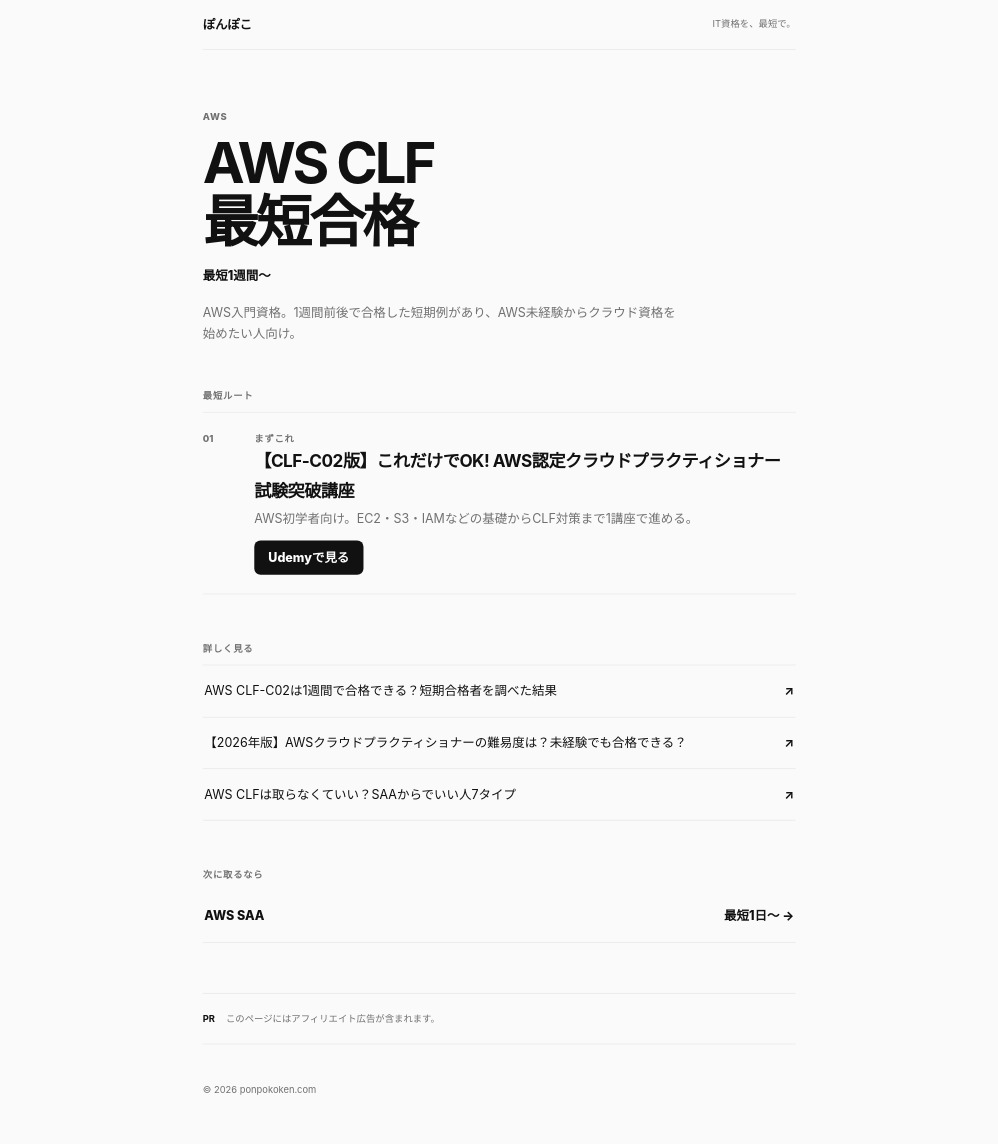
Repository: YUI012/ponpokoken
Page: /aws-clf
An editor plug-in stored every save of this project. The page is shown before and after the next save, followed by the edit.
The browser window is 1280 px wide. The pictures show the whole page, at 78% of full size.
The project was rebuilt for these pictures with package versions that can differ from the ones it lists, and the page was loaded fresh each time. The framework's server and built-in components were replaced by stand-ins that run in the browser. Also part of the build but not shown: components/CareerAd.js.

Above is the page before, as saved 2026-09-03 23:05:53.

### app/layout.js
import "./globals.css";

export const metadata = {
  title: "ぽんぽこ｜IT資格を最短で",
  description: "IT資格ごとの最短合格ルート、教材、問題演習、検証記事をまとめた資格ナビ"
};

export default function RootLayout({ children }) {
  return (
    <html lang="ja">
      <body>{children}</body>
    </html>
  );
}

### app/[slug]/page.js
import { notFound } from "next/navigation";
import Header from "../../components/Header";
import ProductButton from "../../components/ProductButton";
import CareerAd from "../../components/CareerAd";
import { certBySlug, certifications } from "../../data/certifications";
import { products } from "../../data/products";
import { articles } from "../../data/articles";

export function generateStaticParams() {
  return certifications.filter((cert) => cert.enabled).map((cert) => ({ slug: cert.slug }));
}

export default async function CertificationPage({ params }) {
  const { slug } = await params;
  const cert = certBySlug[slug];
  if (!cert || !cert.enabled) return notFound();

  return (
    <main>
      <Header />
      <section className="hero compact shell">
        <p className="overline">{cert.category}</p>
        <h1>{cert.name}<br />最短合格</h1>
        <p className="shortest">{cert.shortest}</p>
        <p className="heroText">{cert.summary}</p>
      </section>

      <section className="shell routeSection">
        <p className="sectionTitle">最短ルート</p>
        <div className="steps">
          {cert.steps.length === 0 && (
            <div className="empty">教材・詳細を追加するだけで、このページに自動表示されます。</div>
          )}
          {cert.steps.map((step, index) => {
            if (step.type === "product") {
              const product = products[step.productId];
              return (
                <article className="step" key={`${step.productId}-${index}`}>
                  <span className="stepNo">{String(index + 1).padStart(2, "0")}</span>
                  <div>
                    <p className="label">{step.title}</p>
                    <h2>{product?.name}</h2>
                    <p>{product?.reason}</p>
                    <ProductButton product={product} />
                  </div>
                </article>
              );
            }

            return (
              <article className="step" key={`${step.name}-${index}`}>
                <span className="stepNo">{String(index + 1).padStart(2, "0")}</span>
                <div>
                  <p className="label">{step.title}</p>
                  <h2>{step.name}</h2>
                  <p>{step.description}</p>
                </div>
              </article>
            );
          })}
        </div>
      </section>

      {cert.articleIds.length > 0 && (
        <section className="shell detailSection">
          <p className="sectionTitle">詳しく見る</p>
          <div className="articleList">
            {cert.articleIds.map((id) => {
              const article = articles[id];
              if (!article) return null;
              return (
                <a href={article.url} className="articleRow" target="_blank" rel="noreferrer" key={id}>
                  <span>{article.title}</span><b>↗</b>
                </a>
              );
            })}
          </div>
        </section>
      )}

      {cert.nextCerts.length > 0 && (
        <section className="shell nextSection">
          <p className="sectionTitle">次に取るなら</p>
          {cert.nextCerts.map((nextSlug) => {
            const next = certBySlug[nextSlug];
            if (!next) return null;
            return (
              <a className="nextRow" href={`/${next.slug}`} key={next.slug}>
                <span>{next.name}</span><span>{next.shortest} →</span>
              </a>
            );
          })}
        </section>
      )}

      {cert.showCareerAd && <div className="shell"><CareerAd /></div>}

      <section className="shell disclosure">
        <strong>PR</strong>
        <p>このページにはアフィリエイト広告が含まれます。</p>
      </section>

      <footer className="footer shell">© 2026 ponpokoken.com</footer>
    </main>
  );
}

### app/globals.css
:root {
  --bg: #fafafa;
  --text: #111;
  --muted: #717171;
  --line: #e8e8e8;
  --surface: #fff;
}

* { box-sizing: border-box; }
html { scroll-behavior: smooth; }
body {
  margin: 0;
  background: var(--bg);
  color: var(--text);
  font-family: -apple-system, BlinkMacSystemFont, "Segoe UI", "Noto Sans JP", sans-serif;
  line-height: 1.7;
}
a { color: inherit; text-decoration: none; }
.shell { width: min(760px, calc(100% - 28px)); margin: 0 auto; }
.header {
  width: min(760px, calc(100% - 28px));
  margin: 0 auto;
  display: flex;
  justify-content: space-between;
  align-items: center;
  padding: 18px 0;
  border-bottom: 1px solid var(--line);
}
.brand { font-weight: 800; letter-spacing: -0.02em; }
.tagline { color: var(--muted); font-size: 12px; }
.hero { padding: 76px 0 42px; }
.hero.compact { padding-bottom: 26px; }
.overline, .label, .sectionTitle {
  margin: 0 0 10px;
  font-size: 12px;
  font-weight: 800;
  letter-spacing: .08em;
  color: var(--muted);
}
h1 {
  margin: 0;
  font-size: clamp(44px, 10vw, 72px);
  line-height: 1.05;
  letter-spacing: -0.055em;
}
h2 { margin: 0 0 4px; font-size: 22px; letter-spacing: -0.03em; }
p { margin-top: 0; }
.heroText { max-width: 620px; margin: 20px 0 0; color: var(--muted); }
.shortest { display: inline-block; margin: 18px 0 0; font-weight: 800; }
.back { display: inline-block; margin-bottom: 28px; color: var(--muted); font-size: 13px; }
.listSection, .routeSection, .detailSection, .nextSection { padding: 30px 0; }
.certList { border-top: 1px solid var(--line); }
.certRow, .articleRow, .nextRow {
  display: flex;
  justify-content: space-between;
  align-items: center;
  gap: 20px;
  padding: 19px 2px;
  border-bottom: 1px solid var(--line);
  background: transparent;
}
.certRow strong { display: block; font-size: 20px; }
.certRow div > span { display: block; font-size: 12px; color: var(--muted); }
.rightMeta { display: flex; align-items: center; gap: 18px; text-align: right; }
.rightMeta span { color: var(--text) !important; font-size: 13px !important; font-weight: 700; }
.noteBlock, .careerAd, .disclosure {
  margin-top: 34px;
  padding: 22px 0;
  border-top: 1px solid var(--line);
  border-bottom: 1px solid var(--line);
}
.noteBlock p:last-child, .disclosure p { color: var(--muted); margin-bottom: 0; }
.steps { border-top: 1px solid var(--line); }
.step {
  display: grid;
  grid-template-columns: 48px 1fr;
  gap: 18px;
  padding: 24px 0;
  border-bottom: 1px solid var(--line);
}
.stepNo { font-size: 12px; font-weight: 800; color: var(--muted); }
.step p { color: var(--muted); margin-bottom: 0; }
.buyButton {
  display: inline-flex;
  margin-top: 14px;
  min-height: 44px;
  align-items: center;
  justify-content: center;
  padding: 0 18px;
  background: #111;
  color: #fff;
  border-radius: 8px;
  font-weight: 800;
}
.articleList { border-top: 1px solid var(--line); }
.articleRow span { max-width: 90%; }
.nextRow { font-weight: 800; }
.adSlot {
  display: grid;
  gap: 4px;
  margin-top: 14px;
  min-height: 96px;
  place-content: center;
  text-align: center;
  border: 1px dashed #bbb;
  color: var(--muted);
  padding: 18px;
}
.adSlot strong { color: var(--text); }
.empty { padding: 24px 0; color: var(--muted); border-bottom: 1px solid var(--line); }
.disclosure { display: flex; gap: 14px; font-size: 12px; }
.disclosure strong { flex: 0 0 auto; }
.footer { padding: 48px 0 60px; color: var(--muted); font-size: 12px; }

@media (max-width: 640px) {
  .header { padding: 15px 0; }
  .hero { padding: 52px 0 28px; }
  h1 { font-size: 48px; }
  .tagline { display: none; }
  .certRow { align-items: flex-start; }
  .rightMeta { gap: 10px; }
  .step { grid-template-columns: 34px 1fr; gap: 10px; }
  .buyButton { width: 100%; }
}

### components/Header.js
export default function Header() {
  return (
    <header className="header">
      <a className="brand" href="/">ぽんぽこ</a>
      <span className="tagline">IT資格を、最短で。</span>
    </header>
  );
}

### components/ProductButton.js
export default function ProductButton({ product }) {
  if (!product) return null;
  return (
    <a className="buyButton" href={product.url} rel="sponsored nofollow">
      {product.label}
    </a>
  );
}

### data/certifications.js
export const certifications = [
  {
    slug: "lpic",
    name: "LPIC-1",
    category: "Linux",
    shortest: "最短2週間〜",

    summary:
      "LPIC-1は101・102の2試験。短期合格例では約2週間で両方取得したケースがあります。",

    steps: [
      {
        type: "product",
        productId: "lpic101-udemy",
        title: "まず101"
      },
    ],

    articleIds: [
      "lpic-2weeks",
      "lpic-vs-ccna",
      "lpic-vs-saa"
    ],

    nextCerts: ["ccna", "aws-saa"],

    showCareerAd: true,
    enabled: true
  },

  {
    slug: "ccna",
    name: "CCNA",
    category: "Network",
    shortest: "最短10日〜",

    summary:
      "CCNAは10日で合格した短期例あり。基礎を一気に学び、問題演習とシミュレーション対策で仕上げる。",

    steps: [
      {
        type: "product",
        productId: "ccna-udemy",
        title: "まずこれ"
      }
    ],

    articleIds: [
      "ccna-10days",
      "ccna-udemy",
      "ccna-simulation"
    ],

    nextCerts: ["aws-saa"],

    showCareerAd: true,
    enabled: true
  },

  {
    slug: "aws-clf",
    name: "AWS CLF",
    category: "AWS",
    shortest: "最短1週間〜",

    summary:
      "AWS入門資格。1週間前後で合格した短期例があり、AWS未経験からクラウド資格を始めたい人向け。",

    steps: [
      {
        type: "product",
        productId: "clf-udemy",
        title: "まずこれ"
      }
    ],

    articleIds: [
      "aws-clf-1week",
      "aws-clf-difficulty",
      "aws-clf-skip"
    ],

    nextCerts: ["aws-saa"],

    showCareerAd: false,
    enabled: true
  },

  {
    slug: "aws-saa",
    name: "AWS SAA",
    category: "AWS",
    shortest: "最短1日〜",

    summary:
      "AWS経験者では1日から数日で合格した短期例あり。基礎理解後は模擬試験を中心に仕上げる。",

    steps: [
      {
        type: "product",
        productId: "saa-udemy",
        title: "まずこれ"
      }
    ],

    articleIds: [
      "aws-saa-1day",
      "aws-saa-udemy",
      "aws-saa-mock-score"
    ],

    nextCerts: ["aws-ai"],

    showCareerAd: true,
    enabled: true
  },

  {
    slug: "aws-ai",
    name: "AWS AI Practitioner",
    category: "AWS / AI",
    shortest: "最短10時間〜",

    summary:
      "AWSのAI入門資格。短期合格例では10時間前後。Udemyと模擬試験を使って効率よく仕上げる。",

    steps: [
      {
        type: "product",
        productId: "aws-ai-udemy",
        title: "まずこれ"
      }
    ],

    articleIds: [
      "aws-ai-10hours",
      "aws-ai-udemy-shortest",
      "aws-ai-mock-score"
    ],

    nextCerts: ["aws-saa"],

    showCareerAd: false,
    enabled: true
  },

  {
    slug: "ai-900",
    name: "AI-900",
    category: "Azure / AI",
    shortest: "最短10時間〜",

    summary:
      "MicrosoftのAI入門資格。AI・機械学習の基礎を短時間で理解して資格取得したい人向け。",

    steps: [
      {
        type: "product",
        productId: "ai900-udemy",
        title: "まずこれ"
      }
    ],

    articleIds: [
      "ai900-10hours",
      "ai900-related-az900",
      "ai900-related-sc900"
    ],

    nextCerts: ["az-900", "sc-900"],

    showCareerAd: false,
    enabled: true
  },

  {
    slug: "az-900",
    name: "AZ-900",
    category: "Azure",
    shortest: "最短3時間〜",

    summary:
      "Azure入門資格。IT・クラウド経験者では3時間まで圧縮した短期合格例があります。",

    steps: [
      {
        type: "product",
        productId: "az900-udemy",
        title: "まずこれ"
      }
    ],

    articleIds: [
      "az900-3hours",
      "az900-udemy",
      "az900-related-sc900"
    ],

    nextCerts: ["ai-900", "sc-900"],

    showCareerAd: false,
    enabled: true
  },

  {
    slug: "sc-900",
    name: "SC-900",
    category: "Security",
    shortest: "最短3時間〜",

    summary:
      "Microsoftのセキュリティ入門資格。基礎知識がある人なら短時間での取得も狙いやすい。",

    steps: [
      {
        type: "product",
        productId: "sc900-udemy",
        title: "まずこれ"
      }
    ],

    articleIds: [
      "sc900-3hours",
      "sc900-related-az900",
      "sc900-related-ai900"
    ],

    nextCerts: ["az-900"],

    showCareerAd: false,
    enabled: true
  },

  {
    slug: "generative-ai-passport",
    name: "生成AIパスポート",
    category: "AI",
    shortest: "最短20時間〜",

    summary:
      "生成AIの基礎・活用・リスクを学ぶ入門資格。20時間前後で合格した短期例を参考に進める。",

    steps: [
      {
        type: "product",
        productId: "generative-ai-passport-udemy",
        title: "まずこれ"
      }
    ],

    articleIds: [
      "generative-ai-passport-20hours",
      "generative-ai-passport-udemy",
      "generative-ai-passport-chatgpt"
    ],

    nextCerts: ["aws-ai", "ai-900"],

    showCareerAd: false,
    enabled: true
  },

  {
    slug: "linuc-level1",
    name: "LinuC Level1",
    category: "Linux",
    shortest: "最短1〜2週間〜",

    summary:
      "LinuC Level1は101・102の2試験。1つの教材で両試験をまとめて進めたい人向け。",

    steps: [
      {
        type: "product",
        productId: "linuc-udemy",
        title: "101・102をまとめて"
      }
    ],

    articleIds: [
      "linuc-udemy",
      "lpic-vs-linuc",
      "lpic-2weeks"
    ],

    nextCerts: ["lpic", "aws-saa"],

    showCareerAd: false,
    enabled: true
  }
];

export const certBySlug = Object.fromEntries(
  certifications.map((cert) => [cert.slug, cert])
);

### data/products.js
export const products = {
  "lpic101-udemy": {
    name: "【LPIC1】Level1 (101-500/102-500)模擬試験問題集",
    type: "udemy",
    url: "https://www.udemy.com/course/lpic1level1-101-500102-500/",
    label: "Udemyで見る",
    reason: "101・102対応の740問。101合格後は102の模擬試験を中心に回して仕上げる。"
  },

  "saa-udemy": {
    name: "【SAA-C03版】AWS認定ソリューションアーキテクト アソシエイト模擬試験問題集（6回分390問）",
    type: "udemy",
    url: "https://www.udemy.com/course/aws-knan/",
    label: "Udemyで見る",
    reason: "395問・模擬試験6回。AWSの基礎がある人が最短でSAA合格を狙う仕上げ用。"
  },

  "ccna-udemy": {
    name: "【ウズカレ式】『CCNA最短合格講義』の著者直伝！1週間でネットワークの基本知識が全て学べる講座",
    type: "udemy",
    url: "https://www.udemy.com/course/ccna-full/",
    label: "Udemyで見る",
    reason: "ネットワーク初心者向け。CCNAの試験範囲を基礎から1講座でまとめて学ぶ。"
  },

  "az900-udemy": {
    name: "最短で合格！Azure Fundamentals AZ-900 試験対策問題集",
    type: "udemy",
    url: "https://www.udemy.com/course/microsoft-azure-az900-exam/",
    label: "Udemyで見る",
    reason: "350問・模擬試験5回。Azureの基礎を押さえた後、問題演習中心で短期合格を狙う。"
  },

  "linuc-udemy": {
    name: "【ウズカレ式】『LinuC最短合格講義』の著者直伝！1週間でLPIC・LinuC（101+102）の全てを学べる講座",
    type: "udemy",
    url: "https://www.udemy.com/course/linuc-lv1/",
    label: "Udemyで見る",
    reason: "101・102を1講座でまとめて学習。LinuC Level1を短期間で一気に進めたい人向け。"
  },

  "clf-udemy": {
    name: "【CLF-C02版】これだけでOK! AWS認定クラウドプラクティショナー試験突破講座",
    type: "udemy",
    url: "https://www.udemy.com/course/ok-aws-e/",
    label: "Udemyで見る",
    reason: "AWS初学者向け。EC2・S3・IAMなどの基礎からCLF対策まで1講座で進める。"
  }
};

### data/articles.js
export const articles = {
  // =========================
  // LPIC-1
  // =========================

  "lpic-2weeks": {
    title: "LPIC-1は2週間で取れる？短期合格者を調べた結果",
    url: "https://note.com/ponpoko_0803/n/n7b63485649b3"
  },

  "lpic-vs-ccna": {
    title: "CCNAとLPIC、先に取るならどっち？",
    url: "https://note.com/ponpoko_0803/n/n27e16822d8a9"
  },

  "lpic-vs-saa": {
    title: "LPICとAWS SAA、先に取るならどっち？",
    url: "https://note.com/ponpoko_0803/n/n2836d429eb46"
  },


  // =========================
  // CCNA
  // =========================

  "ccna-10days": {
    title: "CCNAは10日で合格できる？短期合格者を調べた結果",
    url: "https://note.com/ponpoko_0803/n/nf6448d3149d5"
  },

  "ccna-udemy": {
    title: "【2026年版】CCNA対策におすすめのUdemy講座3選｜料金・問題数・動画時間を比較",
    url: "https://note.com/ponpoko_0803/n/n199789af17e7"
  },

  "ccna-simulation": {
    title: "【2026年版】CCNAのシミュレーション問題を捨てても合格できる？",
    url: "https://note.com/ponpoko_0803/n/n8e91f43faf17"
  },


  // =========================
  // AWS CLF
  // =========================

  "aws-clf-1week": {
    title: "AWS CLF-C02は1週間で合格できる？短期合格者を調べた結果",
    url: "https://note.com/ponpoko_0803/n/n22025aeda527"
  },

  "aws-clf-difficulty": {
    title: "【2026年版】AWSクラウドプラクティショナーの難易度は？未経験でも合格できる？",
    url: "https://note.com/ponpoko_0803/n/n95eb8a68a307"
  },

  "aws-clf-skip": {
    title: "AWS CLFは取らなくていい？SAAからでいい人7タイプ",
    url: "https://note.com/ponpoko_0803/n/n76fcba903eb3"
  },


  // =========================
  // AWS SAA
  // =========================

  "aws-saa-1day": {
    title: "AWS SAAは1日で合格できる？短期合格者を調べた結果",
    url: "https://note.com/ponpoko_0803/n/nd41e8ce4ddc5"
  },

  "aws-saa-udemy": {
    title: "【2026年版】AWS SAA対策におすすめのUdemy講座5選",
    url: "https://note.com/ponpoko_0803/n/ncc4f3250a71d"
  },

  "aws-saa-mock-score": {
    title: "AWS SAA、模試何点なら受験していい？落ちたら追加2万円",
    url: "https://note.com/ponpoko_0803/n/n49f0f00a178f"
  },


  // =========================
  // AWS AI Practitioner
  // =========================

  "aws-ai-10hours": {
    title: "AWS AI Practitionerは10時間で合格できる？短期合格者を調べた結果",
    url: "https://note.com/ponpoko_0803/n/n39cc167c5ef6"
  },

  "aws-ai-mock-score": {
    title: "【2026年版】AWS AI PractitionerのUdemy模試は何％取れば受けていい？",
    url: "https://note.com/ponpoko_0803/n/n286d9dbbfb7d"
  },

  "aws-ai-udemy-shortest": {
    title: "【2026年版】AWS AI PractitionerはUdemy中心で短期合格できる？3人を比較",
    url: "https://note.com/ponpoko_0803/n/n33e958673949"
  },


  // =========================
  // AI-900
  // =========================

  "ai900-10hours": {
    title: "AI-900は10時間で合格できる？短期合格者を調べた結果",
    url: "https://note.com/ponpoko_0803/n/nf00a96454e0d"
  },

  "ai900-related-az900": {
    title: "AZ-900は3時間で合格できる？短期合格者を調べた結果",
    url: "https://note.com/ponpoko_0803/n/n81fdfb0d57b7"
  },

  "ai900-related-sc900": {
    title: "SC-900は3時間で合格できる？短期合格者を調べた結果",
    url: "https://note.com/ponpoko_0803/n/nd913909be874"
  },


  // =========================
  // AZ-900
  // =========================

  "az900-3hours": {
    title: "AZ-900は3時間で合格できる？短期合格者を調べた結果",
    url: "https://note.com/ponpoko_0803/n/n81fdfb0d57b7"
  },

  "az900-udemy": {
    title: "【2026年版】AZ-900対策におすすめのUdemy講座5選｜Microsoft Azure Fundamentals",
    url: "https://note.com/ponpoko_0803/n/nb52e39f139da"
  },

  "az900-related-sc900": {
    title: "SC-900は3時間で合格できる？短期合格者を調べた結果",
    url: "https://note.com/ponpoko_0803/n/nd913909be874"
  },


  // =========================
  // SC-900
  // =========================

  "sc900-3hours": {
    title: "SC-900は3時間で合格できる？短期合格者を調べた結果",
    url: "https://note.com/ponpoko_0803/n/nd913909be874"
  },

  "sc900-related-az900": {
    title: "AZ-900は3時間で合格できる？短期合格者を調べた結果",
    url: "https://note.com/ponpoko_0803/n/n81fdfb0d57b7"
  },

  "sc900-related-ai900": {
    title: "AI-900は10時間で合格できる？短期合格者を調べた結果",
    url: "https://note.com/ponpoko_0803/n/nf00a96454e0d"
  },


  // =========================
  // 生成AIパスポート
  // =========================

  "generative-ai-passport-20hours": {
    title: "【2026年版】生成AIパスポートは20時間前後で合格できる？短期合格者を比較",
    url: "https://note.com/ponpoko_0803/n/nf470c2200966"
  },

  "generative-ai-passport-udemy": {
    title: "【2026年版】生成AIパスポートのUdemy420問は初回60％でも間に合う？",
    url: "https://note.com/ponpoko_0803/n/n89b1a159dc9c"
  },

  "generative-ai-passport-chatgpt": {
    title: "【2026年版】ChatGPTやGeminiだけで生成AIパスポート対策するのは危険？",
    url: "https://note.com/ponpoko_0803/n/nc8fe80371765"
  }
};

After the next save:
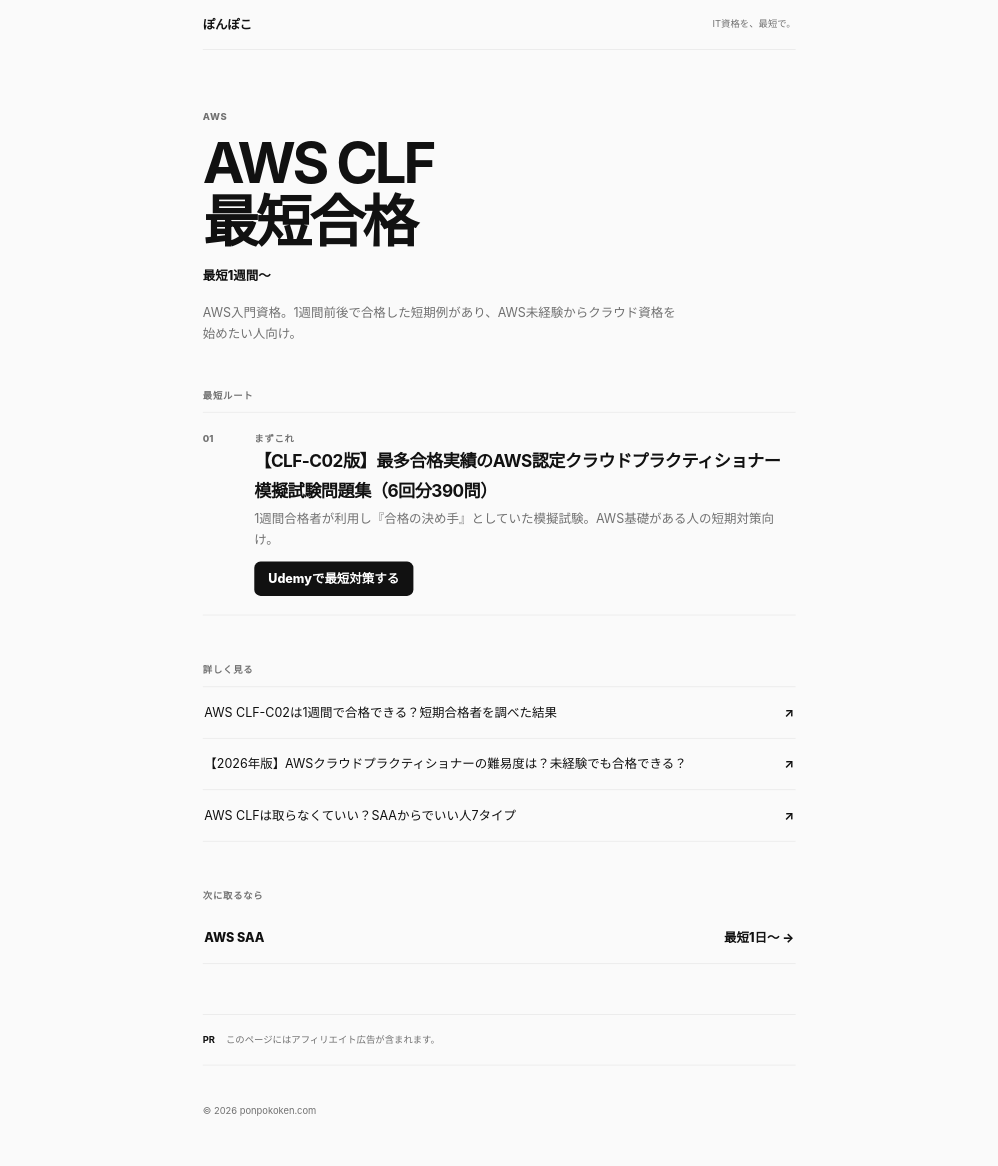
Saved 36 s later.
--- a/data/products.js
+++ b/data/products.js
@@ -1,49 +1,55 @@
 export const products = {
-  "lpic101-udemy": {
+  "lpic-udemy": {
     name: "【LPIC1】Level1 (101-500/102-500)模擬試験問題集",
     type: "udemy",
-    url: "https://www.udemy.com/course/lpic1level1-101-500102-500/",
-    label: "Udemyで見る",
-    reason: "101・102対応の740問。101合格後は102の模擬試験を中心に回して仕上げる。"
+    url: "https://trk.udemy.com/qWObx5",
+    label: "Udemyで最短対策する",
+    reason:
+      "101・102を1本で対策できる模擬試験。短期間でLPIC-1を仕上げたい人向け。"
+  },
+
+  "ccna-udemy": {
+    name: "【超絶入門】CCNA対策 Packet Tracerで学ぶ ハンズオン講座",
+    type: "udemy",
+    url: "https://trk.udemy.com/9VrKyy",
+    label: "Udemyで最短対策する",
+    reason:
+      "短期合格者にもPacket Tracer講座の利用例あり。約4時間でコマンド操作を重点的に対策できる。"
   },
 
   "saa-udemy": {
     name: "【SAA-C03版】AWS認定ソリューションアーキテクト アソシエイト模擬試験問題集（6回分390問）",
     type: "udemy",
-    url: "https://www.udemy.com/course/aws-knan/",
-    label: "Udemyで見る",
-    reason: "395問・模擬試験6回。AWSの基礎がある人が最短でSAA合格を狙う仕上げ用。"
-  },
-
-  "ccna-udemy": {
-    name: "【ウズカレ式】『CCNA最短合格講義』の著者直伝！1週間でネットワークの基本知識が全て学べる講座",
-    type: "udemy",
-    url: "https://www.udemy.com/course/ccna-full/",
-    label: "Udemyで見る",
-    reason: "ネットワーク初心者向け。CCNAの試験範囲を基礎から1講座でまとめて学ぶ。"
+    url: "https://trk.udemy.com/MKENqP",
+    label: "Udemyで最短対策する",
+    reason:
+      "1日半・5日の短期合格例で使われていた模擬試験。AWS基礎がある人の短期仕上げ向け。"
   },
 
   "az900-udemy": {
-    name: "最短で合格！Azure Fundamentals AZ-900 試験対策問題集",
+    name: "【2026年版】AZ-900 Microsoft Azure Fundamentals模擬試験問題集（6回分420問）",
     type: "udemy",
-    url: "https://www.udemy.com/course/microsoft-azure-az900-exam/",
-    label: "Udemyで見る",
-    reason: "350問・模擬試験5回。Azureの基礎を押さえた後、問題演習中心で短期合格を狙う。"
+    url: "https://trk.udemy.com/vDmZqj",
+    label: "Udemyで最短対策する",
+    reason:
+      "短期合格者でUdemy模試の利用例あり。インプットより問題演習を中心に進めたい人向け。"
   },
 
   "linuc-udemy": {
     name: "【ウズカレ式】『LinuC最短合格講義』の著者直伝！1週間でLPIC・LinuC（101+102）の全てを学べる講座",
     type: "udemy",
-    url: "https://www.udemy.com/course/linuc-lv1/",
-    label: "Udemyで見る",
-    reason: "101・102を1講座でまとめて学習。LinuC Level1を短期間で一気に進めたい人向け。"
+    url: "https://trk.udemy.com/6kzgJQ",
+    label: "Udemyで最短対策する",
+    reason:
+      "101・102を約19時間の1講座に集約。LinuC Level1を1本で進めたい人向け。"
   },
 
   "clf-udemy": {
-    name: "【CLF-C02版】これだけでOK! AWS認定クラウドプラクティショナー試験突破講座",
+    name: "【CLF-C02版】最多合格実績のAWS認定クラウドプラクティショナー模擬試験問題集（6回分390問）",
     type: "udemy",
-    url: "https://www.udemy.com/course/ok-aws-e/",
-    label: "Udemyで見る",
-    reason: "AWS初学者向け。EC2・S3・IAMなどの基礎からCLF対策まで1講座で進める。"
+    url: "https://trk.udemy.com/MKW6ro",
+    label: "Udemyで最短対策する",
+    reason:
+      "1週間合格者が利用し『合格の決め手』としていた模擬試験。AWS基礎がある人の短期対策向け。"
   }
 };
